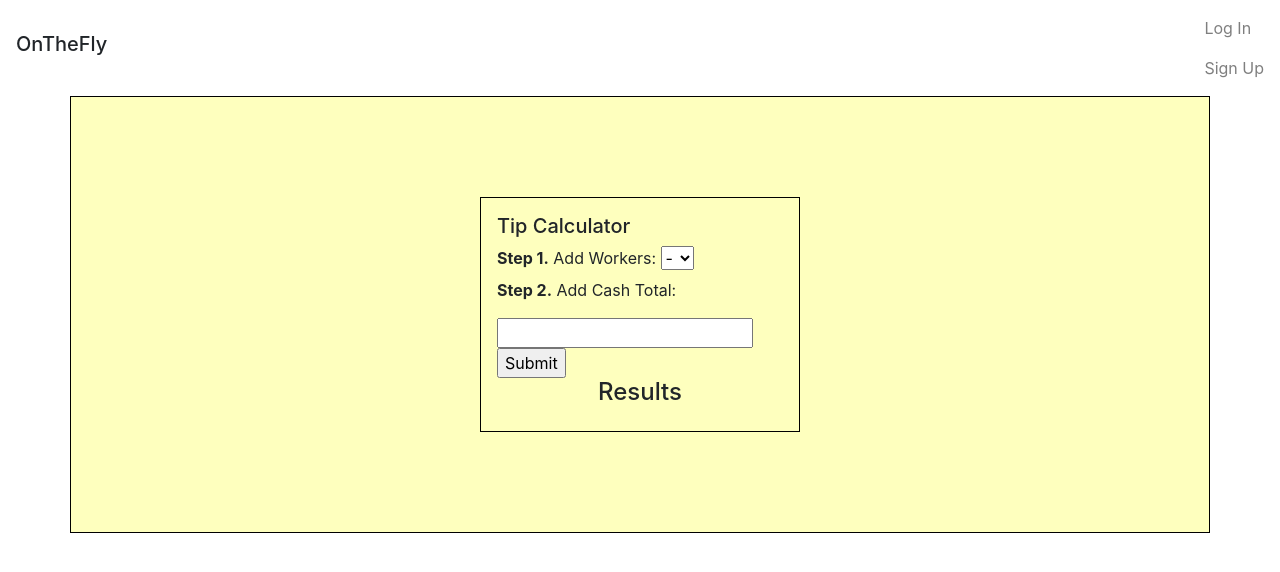
Repository: PBillingsby/on-the-fly
Page: on-the-fly-frontend/index.html
These files come from the project's save history. The page is drawn as it stood at one moment and after the next save; the edit follows.
The browser window is 1280 px wide. The pictures show the whole page.

Above is the page before, as saved 2020-07-13 16:28:56.

### on-the-fly-frontend/index.html
<!DOCTYPE html>
<html lang="en">
<head>
  <meta charset="UTF-8">
  <meta name="viewport" content="width=device-width, initial-scale=1.0">
  <meta http-equiv="X-UA-Compatible" content="ie=edge">
  <link rel="stylesheet" href="https://stackpath.bootstrapcdn.com/bootstrap/4.3.1/css/bootstrap.min.css" integrity="sha384-ggOyR0iXCbMQv3Xipma34MD+dH/1fQ784/j6cY/iJTQUOhcWr7x9JvoRxT2MZw1T" crossorigin="anonymous">
  <link rel="stylesheet" href="css/style.css">
  <script src="scripts/tipScript.js"></script>
  <title>Document</title>
</head>
<body>
  <header class="navbar navbar-light">
    <h5>OnTheFly</h5>
    <div>
      <ul class="navbar-nav mr-auto d-inline">
        <li class="nav-item-active">
          <a href="#login" class="nav-link">Log In</a>
        </li>
        <li class="nav-item-active">
          <a href="#signup" class="nav-link">Sign Up</a>
        </li>
      </ul>
    </div>
  </header>
  <div class="container">
    <div class="tip-calculator mx-auto">
        <div id="worker-form" class="mx-auto">
          <h5>Tip Calculator</h5>
          <label><strong>Step 1.</strong> Add Workers:</label>
          <select name="worker" id="addworker" onchange="addWorker(value)">
            <option value="-" disable>-</option>
            <option value="1">1</option>
            <option value="2">2</option>
            <option value="3">3</option>
            <option value="4">4</option>
            <option value="5">5</option>

          </select>

          <form id="form-block">
          </form>
          <p><strong>Step 2.</strong> Add Cash Total:</p><input type="number" placeholder="" id="cashTips"></span>
          <input type="submit" placeholder="Add Cash" onclick="calculateTips()">

        </div>
        <div id="results" class="mx-auto">
          <h4 class="text-center">Results</h4>
        </div>
      </div>
  </div>

</body>
</html>

### on-the-fly-frontend/css/style.css
.container {
  background-color: rgb(254, 255, 190);
  border: 1px solid black;
  padding: 100px;
}
ul {
  display: inline-block;
}
.tip-calculator {
  padding: 1rem;
  width: 25vw;
  border: 1px solid black;
}
@media(max-width: 640px) {
  .container {
    width: 75%;
    display: block;
    text-align: center;
    padding: 25px;
  }
  #worker-form {
    padding: 10px;
  }
}

### on-the-fly-frontend/scripts/tipScript.js
function addWorker(value) {
  const form = document.getElementById('form-block');
  form.addEventListener("submit", () => {
    event.preventDefault();
  })
  for (i = 0; i < value; i++) {
    const newForm = `
  <div id="worker[${i + 1}]" class="worker-div">
    <h4>Worker ${i + 1}</h4>
    <div class="form-group">
      <input type="text" name="worker" class="" placeholder="Worker Name">
    </div>
    <div class="form-group">
      <input type="number" name="hours" placeholder="Hours Worked">
    </div>
  </div>`;
    document.getElementById('form-block').innerHTML += newForm;
  }
  if (document.getElementById('form-block').childNodeCount > 0) {
      event.preventDefault();
      }
}

function calculateTips() {
  let workers = [];
  let cashTip = parseInt(document.getElementById('cashTips').value)
  for (let i = 0; i < document.getElementsByClassName('worker-div').length; i++) {
    let workerInfo = {
      name: document.getElementById(`worker[${i + 1}]`).querySelector('input').value,
      hours: parseInt(document.getElementById(`worker[${i + 1}]`).querySelectorAll('input')[1].value) // Multiply by hourly
    }
    workers.push(workerInfo)
  }
  returnTips(workers, cashTip);
}

function returnTips(arr, cashTips) {
  let count = 0;
  arr.forEach(obj => count += obj.hours)
  const hourly = cashTips / count;
  arr.forEach(worker => {
    document.getElementById('results').innerHTML = `<h4>${worker.name} you made $${parseFloat(worker.hours * hourly).toFixed(2)}</h4>`;
  })
  document.getElementById('results').innerHTML += ` <button type="submit" onclick="refreshPage()">Reload</button>`
}

function refreshPage() {
  window.location.href = window.location.href
}

After the next save:
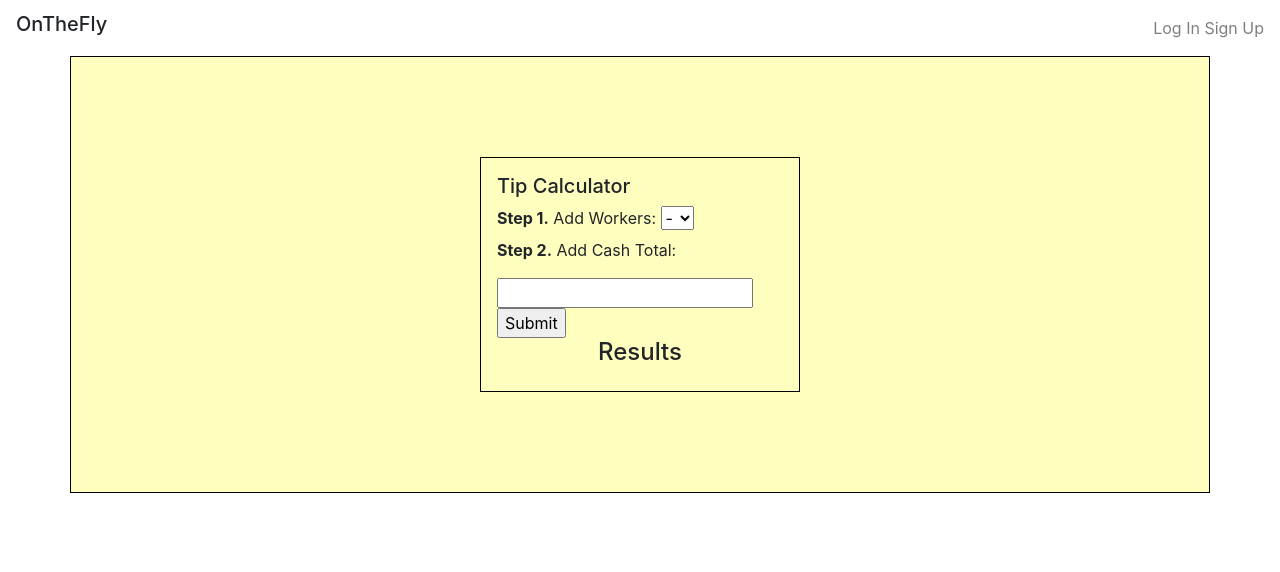
Saved 4 s later.
--- a/on-the-fly-frontend/css/style.css
+++ b/on-the-fly-frontend/css/style.css
@@ -3,7 +3,7 @@
   border: 1px solid black;
   padding: 100px;
 }
-ul {
+ul li {
   display: inline-block;
 }
 .tip-calculator {
